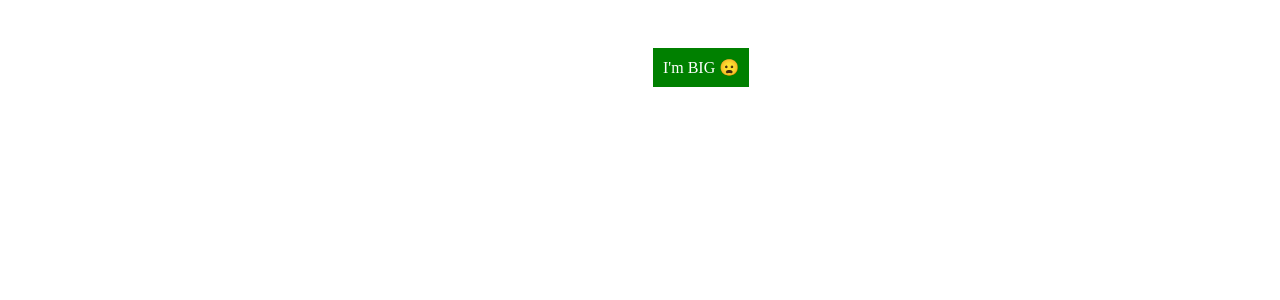
Repository: Sarah7223/internet-programming-tp
Page: TP1/ex6.html
The author's editor kept a copy of each file at every save. The page is drawn from the files as they stood at one save, then again after the next save.
The browser window is 1280 px wide. The pictures show the whole page.

Above is the page before, as saved 2023-01-31 13:11:27.

After the next save:
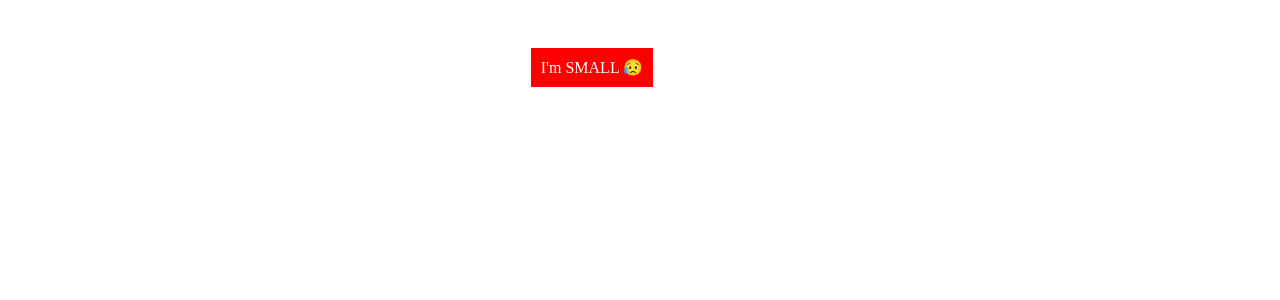
Saved 76 s later.
--- a/TP1/ex6.html
+++ b/TP1/ex6.html
@@ -11,19 +11,19 @@
             justify-content: center;
             align-items: center;
           }
+          .big{
+            background-color: green;
+            visibility: visible;
+          }
           .small{
             background-color: red;
-            visibility: visible;
-          }
-          .big{
-            background-color: green;
             visibility: hidden;
           }
           @media only screen and (min-height: 400px) {
-            .small {
+            .big {
                 visibility: hidden;
              }
-             .big{
+             .small{
                 visibility: visible;
              }
         }
